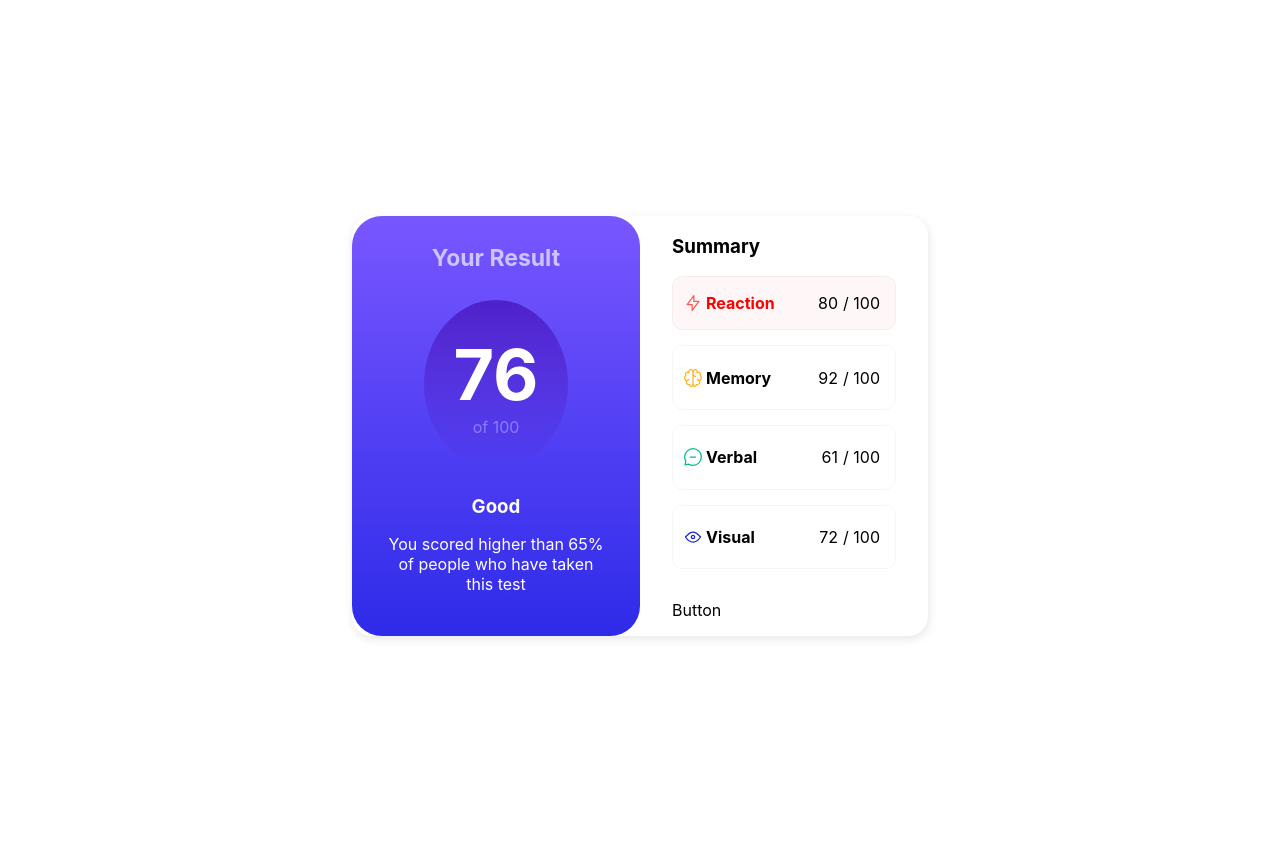
Repository: JeanPaulBassil/Result-Summary-Design
Page: /
The author's editor kept a copy of each file at every save. The page is drawn from the files as they stood at one save, then again after the next save.
The browser window is 1280 px wide. The pictures show the whole page.
The project was rebuilt for these pictures with package versions that can differ from the ones it lists, and the page was loaded fresh each time.

Above is the page before, as saved 2023-02-24 17:59:13.

After the next save:
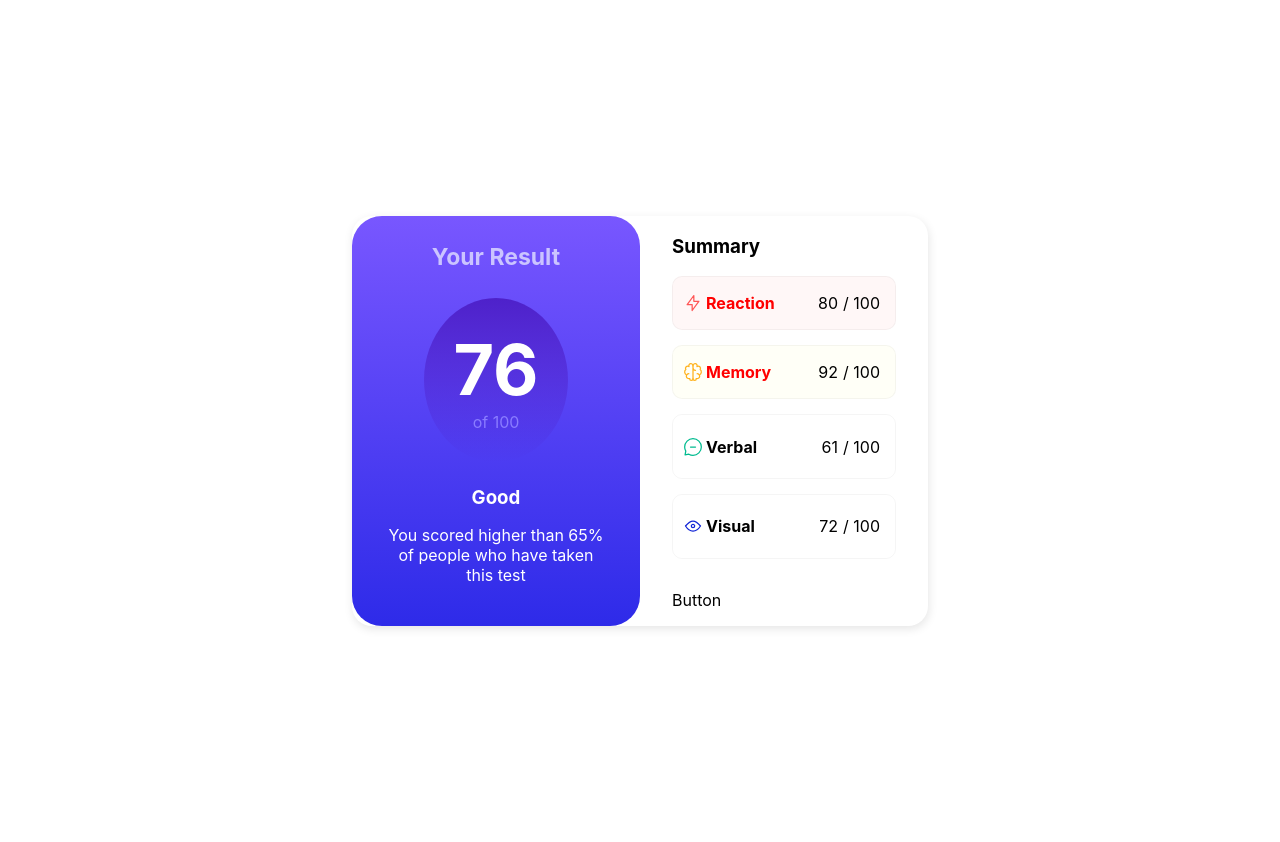
Saved 48 s later.
--- a/src/Components/Summary/Summary.css
+++ b/src/Components/Summary/Summary.css
@@ -40,3 +40,11 @@
     margin: 0;
     color: red;
 }
+
+.yellow {
+    background-color: rgba(255, 255, 0, 0.03);
+}
+.yellow > div > h4 {
+    margin: 0;
+    color: red;
+}
